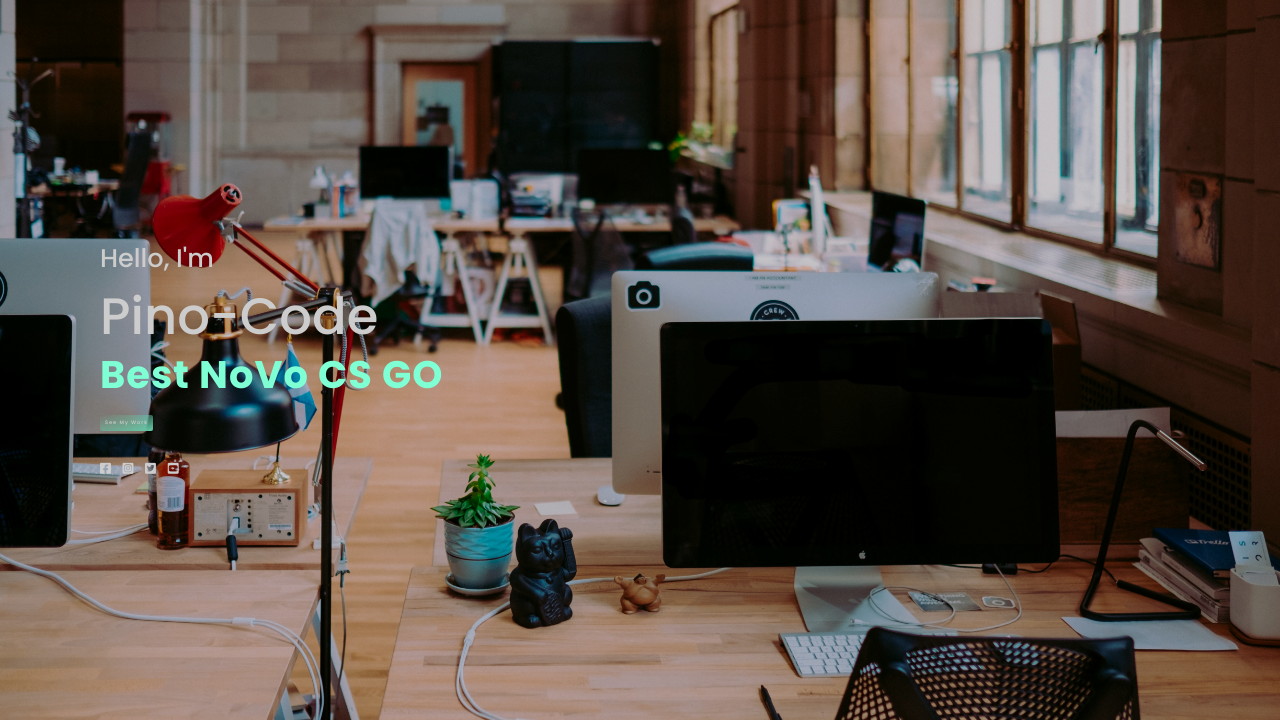
Repository: Pinocoding/New
Page: index.html
An editor plug-in stored every save of this project. The page is shown before and after the next save, followed by the edit.
The browser window is 1280 px wide. The pictures show the whole page.

Above is the page before, as saved 2021-10-11 22:35:03.

After the next save:
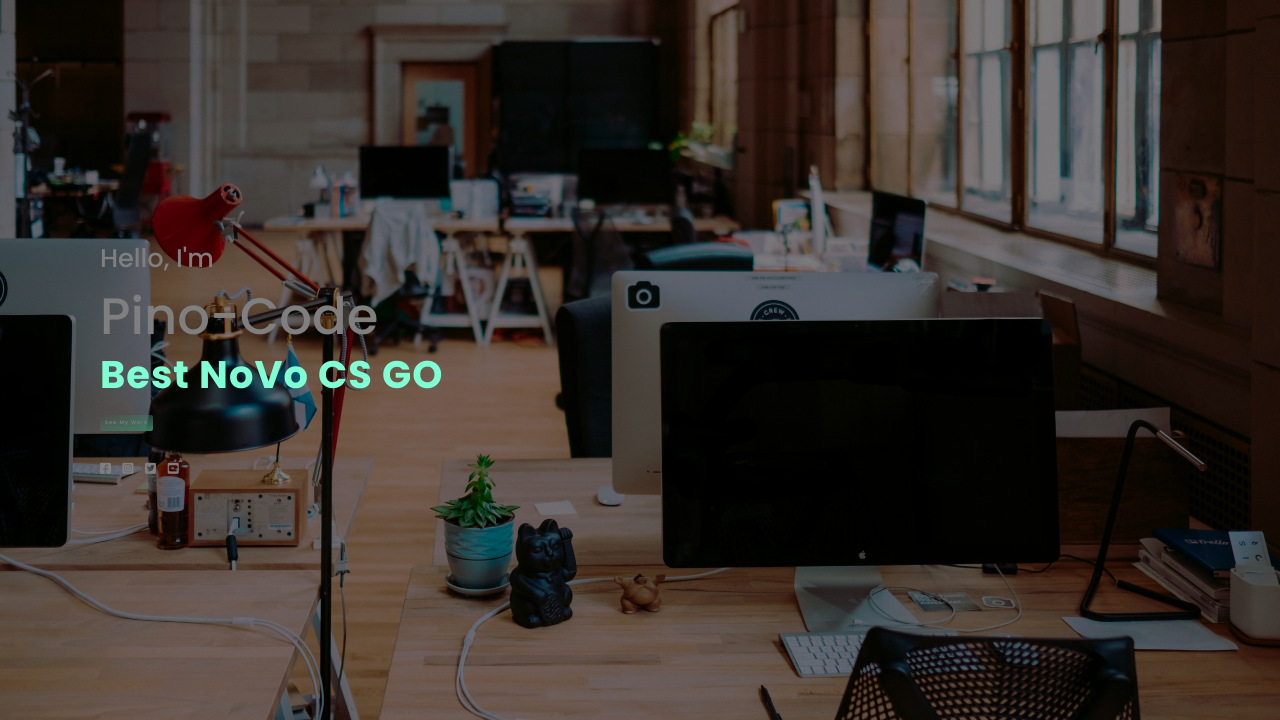
Saved 10 s later.
--- a/style.css
+++ b/style.css
@@ -28,7 +28,7 @@ section {
   width: 100%;
   height: 100%;
   background: black;
-  opacity: 0.2;
+  opacity: 0.5;
 }
 .main .content {
   max-width: 100rem;
